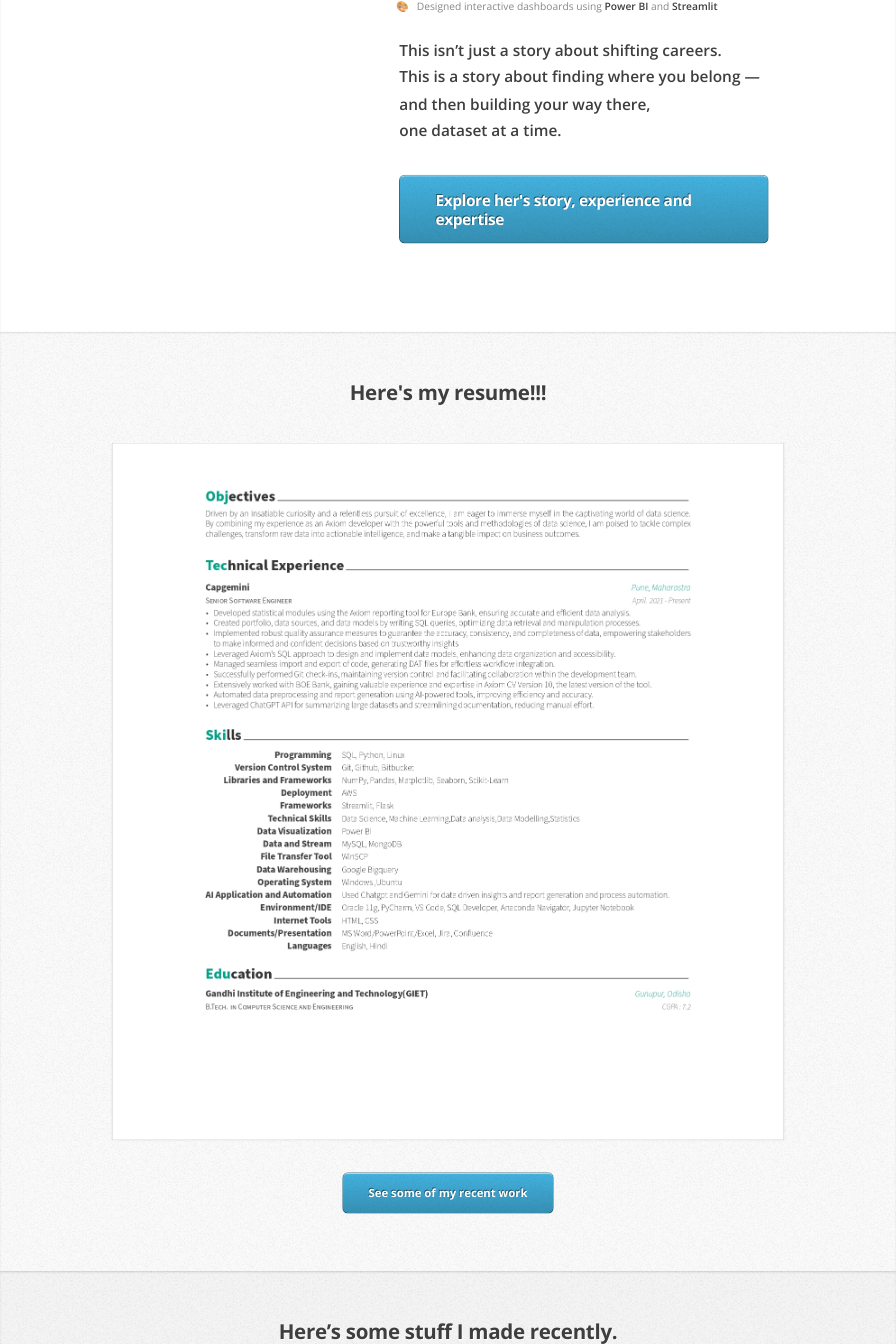
Repository: Shalini-Nanda-ds/Shalini-s-portfolio
Page: index.html
The author's editor kept a copy of each file at every save. The page is drawn from the files as they stood at one save, then again after the next save.
The browser window is 1280 px wide. The pictures show the part of the page from y = 1304 to 3224 px (the page is 4836 px tall before and 4839 px after), at 70% of full size.

Above is the page before, as saved 2025-04-30 11:17:47.

After the next save:
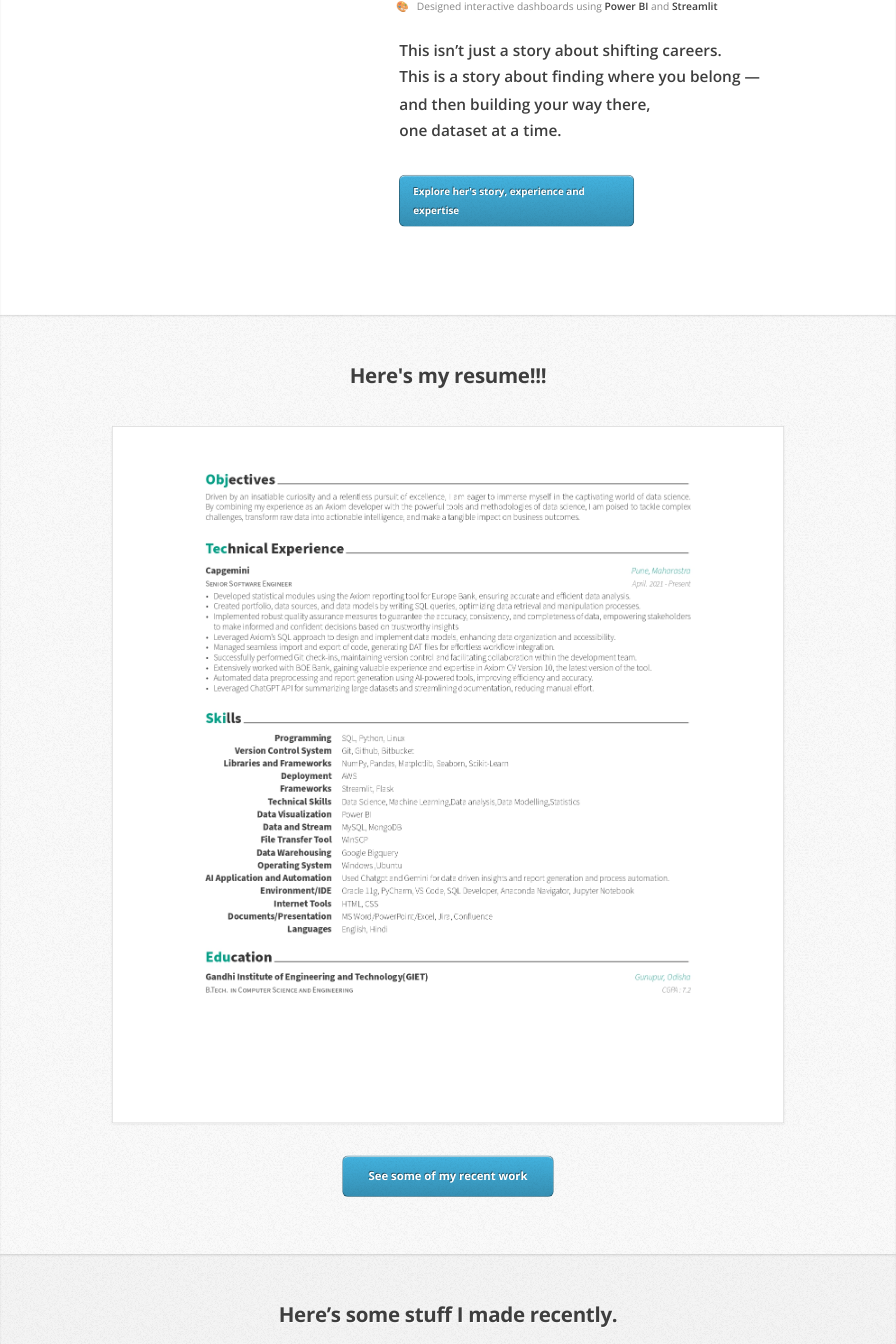
Saved 3 days later.
--- a/index.html
+++ b/index.html
@@ -90,7 +90,10 @@
 								  </b></p>
 
 
-							<a href="#work" class="button large scrolly">Explore her's story, experience and expertise</a>
+								  <a href="#work" class="button scrolly" style="padding: 10px 20px; font-size: 14px;">
+									Explore her's story, experience and expertise
+								  </a>
+
 						</div>
 					</div>
 				</div>
@@ -203,8 +206,8 @@
 					</div>
 					<div class="col-4 col-6-medium col-12-small">
 						<article class="box style2">
-							<a href="https://github.com/Shalini-Nanda-ds/Student_Performance_.git" class="image featured" target="_blank"><img src="images\Student_perform.webp" alt="Student Performance" /></a>
-							<h3><a href="https://github.com/Shalini-Nanda-ds/Student_Performance_.git" target="_blank">Student Performance</a></h3>
+							<a href="https://github.com/Shalini-Nanda-ds/Student-s_Performance.git" class="image featured" target="_blank"><img src="images\Student_perform.webp" alt="Student Performance" /></a>
+							<h3><a href="https://github.com/Shalini-Nanda-ds/Student-s_Performance.git" target="_blank">Student's Performance</a></h3>
 							<!-- <p>Ornare nulla proin odio consequat.</p> -->
 							</article>
 					</div>
